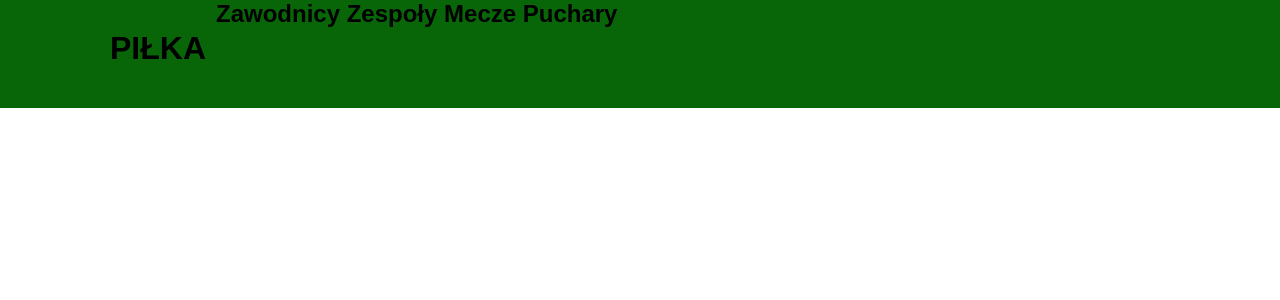
Repository: ZABA78/PAZW
Page: index.html
These files come from the project's save history. The page is drawn as it stood at one moment and after the next save; the edit follows.
The browser window is 1280 px wide. The pictures show the whole page.
Some web fonts or font styles are not loaded; a fallback is used.

Above is the page before, as saved 2023-10-17 14:01:16.

### index.html
<!DOCTYPE html>
<html lang="en">
<head>
    <meta charset="UTF-8">
    <meta http-equiv="X-UA-Compatible" content="IE=edge">
    <meta name="viewport" content="width=device-width, initial-scale=1.0">
    <link rel="stylesheet" href="style.css">
    <title>Piłka</title>
    <style>
        @import url('https://fonts.googleapis.com/css2?family=Tilt+Neon&display=swap');
        </style>
</head>
<body>
    <header>
        <!--<img src="pilka.png" alt="logo" class = "logo">--><h1>PIŁKA</h1>
        <nav>
            <h2>Zawodnicy
            Zespoły
            Mecze
            Puchary</h2>
        </nav>
    </header>
</body>
</html>

### style.css
*
{
    font-family: 'Tilt Neon', sans-serif;
    margin:0;
    padding: 0;
    box-sizing: border-box;
}
.logo
{
    height: 100vh;

}
h1
{
    padding: 10px;
    float: left;
    margin-left: 100px;
    margin-top: 20px;
}
header
{
    background-color: rgb(8, 102, 8);
    height: 15vh;


}
h2
{

}

After the next save:
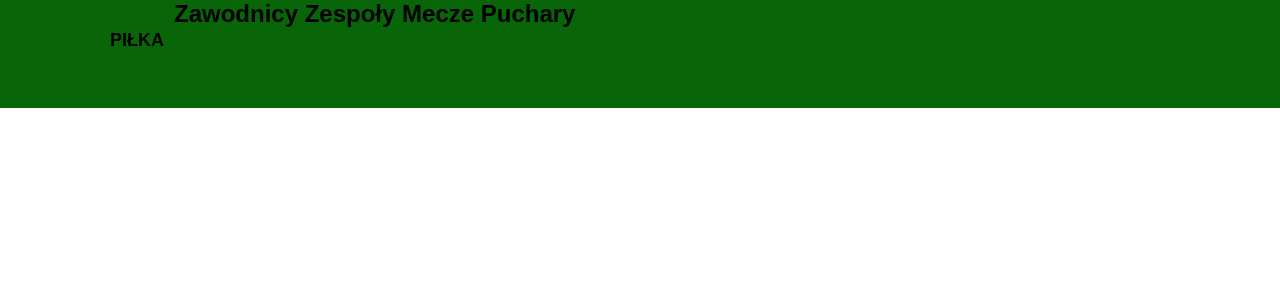
Saved 14 s later.
--- a/style.css
+++ b/style.css
@@ -13,6 +13,7 @@
 h1
 {
     padding: 10px;
+    font-size: large;
     float: left;
     margin-left: 100px;
     margin-top: 20px;
